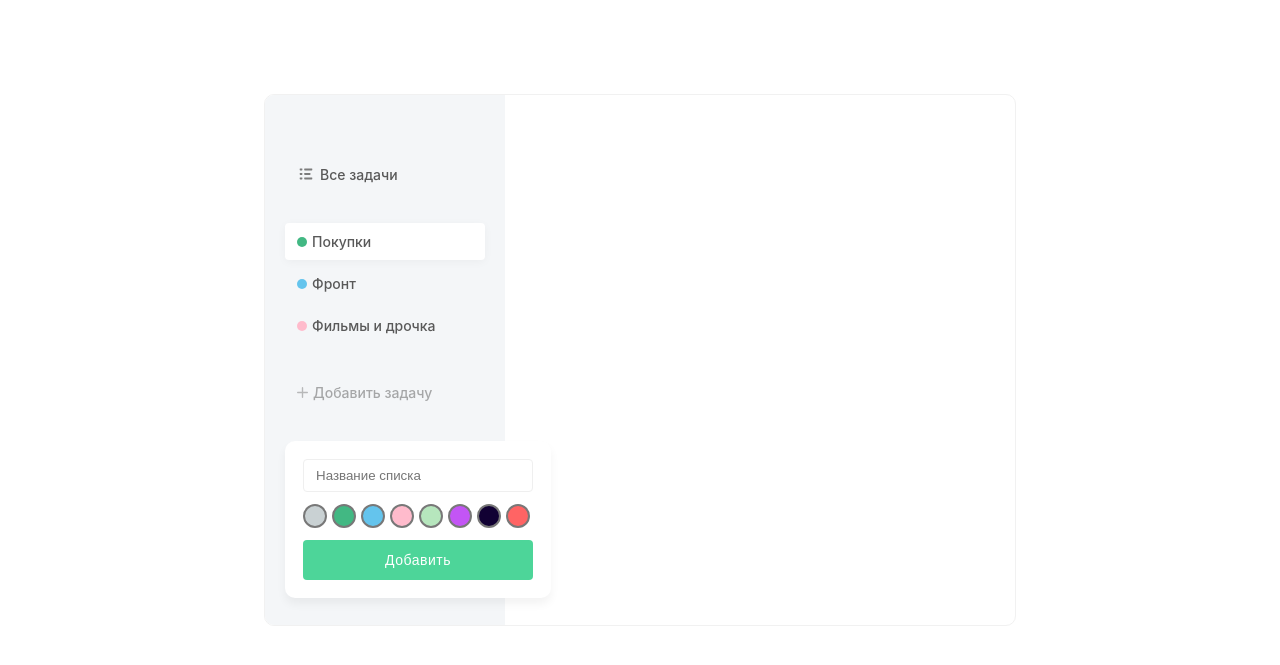
Repository: AzimAzimov/Todo
Page: /
The author's editor kept a copy of each file at every save. The page is drawn from the files as they stood at one save, then again after a run of saves.
The browser window is 1280 px wide. The pictures show the whole page.
The project was rebuilt for these pictures with package versions that can differ from the ones it lists, and the page was loaded fresh each time.

Above is the page before, as saved 2023-02-19 15:55:31.

### src/index.js
import React from 'react';
import ReactDOM from 'react-dom/client';
import './scss/index.scss';
import App from './App';

const root = ReactDOM.createRoot(document.getElementById('root'));
root.render(
  <React.StrictMode>
    <App />
  </React.StrictMode>
);

### src/scss/index.scss
@import "_normalize.scss";

body {
  margin: 0;
  font-family: -apple-system, BlinkMacSystemFont, 'Segoe UI', 'Montserrat', 'Oxygen',
    'Ubuntu', 'Cantarell', 'Fira Sans', 'Droid Sans', 'Helvetica Neue',
    sans-serif;
  -webkit-font-smoothing: antialiased;
  -moz-osx-font-smoothing: grayscale;
}

.todo {
  position: absolute;
  left: 50%;
  top: 50%;
  width: 750px;
  height: 530px;
  transform: translate(-50%, -50%);
  border: 1px solid #f1f1f1;
  border-radius: 10px;
  overflow: hidden;
  font-size: 14px;
  &__sidebar {
    background: #F4F6F8;
    width: 200px;
    height: calc(100% - 120px);
    padding: 60px 20px;
  }

}

### src/App.js
import React, { useState } from 'react';
import AddButtonList from './components/addButtonList/AddButtonList';

import List from './components/sidebar/List';
import DB from './assets/db.json'
import './scss/index.scss';


function App() {

  const [ value, setValue ] = useState('kjjk')

  return (
    <div className="todo">
      <div className="todo__sidebar">
        <List items={[
          {
            icon: (
              <svg width="18" height="18" viewBox="0 0 18 18" fill="none" xmlns="http://www.w3.org/2000/svg">
                <path d="M12.96 8.10001H7.74001C7.24321 8.10001 7.20001 8.50231 7.20001 9.00001C7.20001 9.49771 7.24321 9.90001 7.74001 9.90001H12.96C13.4568 9.90001 13.5 9.49771 13.5 9.00001C13.5 8.50231 13.4568 8.10001 12.96 8.10001V8.10001ZM14.76 12.6H7.74001C7.24321 12.6 7.20001 13.0023 7.20001 13.5C7.20001 13.9977 7.24321 14.4 7.74001 14.4H14.76C15.2568 14.4 15.3 13.9977 15.3 13.5C15.3 13.0023 15.2568 12.6 14.76 12.6ZM7.74001 5.40001H14.76C15.2568 5.40001 15.3 4.99771 15.3 4.50001C15.3 4.00231 15.2568 3.60001 14.76 3.60001H7.74001C7.24321 3.60001 7.20001 4.00231 7.20001 4.50001C7.20001 4.99771 7.24321 5.40001 7.74001 5.40001ZM4.86001 8.10001H3.24001C2.74321 8.10001 2.70001 8.50231 2.70001 9.00001C2.70001 9.49771 2.74321 9.90001 3.24001 9.90001H4.86001C5.35681 9.90001 5.40001 9.49771 5.40001 9.00001C5.40001 8.50231 5.35681 8.10001 4.86001 8.10001ZM4.86001 12.6H3.24001C2.74321 12.6 2.70001 13.0023 2.70001 13.5C2.70001 13.9977 2.74321 14.4 3.24001 14.4H4.86001C5.35681 14.4 5.40001 13.9977 5.40001 13.5C5.40001 13.0023 5.35681 12.6 4.86001 12.6ZM4.86001 3.60001H3.24001C2.74321 3.60001 2.70001 4.00231 2.70001 4.50001C2.70001 4.99771 2.74321 5.40001 3.24001 5.40001H4.86001C5.35681 5.40001 5.40001 4.99771 5.40001 4.50001C5.40001 4.00231 5.35681 3.60001 4.86001 3.60001Z" fill="black"/>
              </svg>
            ),
            name: 'Все задачи',
          }
        ]} />
        <List
          isRemovable={true}
          items={[
            {
              color: 'green',
              name: 'Покупки',
              active: true,
            },
            {
              color: 'blue',
              name: 'Фронт',
            },
            {
              color: 'pink',
              name: 'Фильмы и дрочка',
            },
          ]}
        />
        <AddButtonList colors={DB.colors} />
      </div>
      <div className='todo__tasks'></div>
    </div>
  );
}

export default App;

### src/scss/_normalize.scss
* {
  padding: 0;
  margin: 0;
  list-style: none;
  outline: none;
}

html {
  -ms-text-size-adjust: 100%;
  -webkit-text-size-adjust: 100%;
}

body {
  -moz-osx-font-smoothing: grayscale;
  -webkit-font-smoothing: antialiased;

}

a,
span,
p,
b,
h1,
h2,
h3,
h4,
h5 {
  margin: 0;
  padding: 0;
  text-decoration: none
}

h1 {
  font-size: 48px;
}

h2 {
  font-weight: 600;
  font-size: 28px;
  line-height: 30px;
}

a {
  text-decoration: none;
}

### src/components/addButtonList/AddButtonList.jsx
import React, {useState} from 'react'
import Badge from '../badge/Badge';
import List from '../sidebar/List'
import "./AddListButton.scss"


const AddButtonList = ({ colors }) => {
  const [visiblePopup, setVisiblePopup] = useState(true);

  return (
    <div className="add__list">
      <List
        onClick={()=> setVisiblePopup(true)}
        items={[
          {
            className: 'todo__list__button',
            icon: (
              <svg width="11" height="11" viewBox="0 0 16 16" fill="none" xmlns="http://www.w3.org/2000/svg">
                <path d="M8 1V15" stroke="black" strokeWidth="2" strokeLinecap="round" strokeLinejoin="round"/>
                <path d="M1 8H15" stroke="black" strokeWidth="2" strokeLinecap="round" strokeLinejoin="round"/>
              </svg>
            ),
            name: 'Добавить задачу'
          }
        ]}
      />
      {visiblePopup &&
        <div className="add__list__popup">
          <input className='field' type='text' placeholder='Название списка' />
          <div className="add__list__popup__colors">
            {colors.map(color => <Badge key={color.id} color={color.name} /> )}
          </div>
          <button className='button'>Добавить</button>
        </div>
      }
    </div>
  )
}

export default AddButtonList

### src/components/sidebar/List.jsx
import React from 'react'
import classNames from 'classnames';

import './List.scss';
import Badge from '../badge/Badge';

const List = ({ items, isRemovable, onClick }) => {
  return (
    <ul onClick={onClick} className='todo__list'>
      {items.map((item, index) => (
        <li key={index} className={classNames(item.className, { active: item.active })}>
          <i>{item.icon ? item.icon : <Badge color={item.color} />}</i>
          <span>{item.name}</span>
        </li>
      ))}
    </ul>
  )
}

export default List

### src/assets/db.json
{
  "lists": [
    {
      "id": 1,
      "name": "Продажи",
      "colorId": 5
    },
    {
      "id": 2,
      "name": "Фронтенд",
      "colorId": 4
    },
    {
      "id": 3,
      "name": "Фильмы и сериалы",
      "colorId": 3
    },
    {
      "id": 4,
      "name": "Книги",
      "colorId": 2
    },
    {
      "id": 5,
      "name": "Личное",
      "colorId": 1
    },
    {
      "name": "Спорт",
      "colorId": 3,
      "id": 6
    },
    {
      "name": "Курс по ReactJS ToDo",
      "colorId": 7,
      "id": 7
    }
  ],
  "tasks": [
    {
      "id": 1,
      "listId": 2,
      "text": "Изучить JavaScript",
      "completed": true
    },
    {
      "id": 2,
      "listId": 2,
      "text": "Изучить паттерны проектирования",
      "completed": false
    },
    {
      "id": 3,
      "listId": 2,
      "text": "ReactJS Hooks (useState, useReducer, useEffect и т.д.)",
      "completed": true
    },
    {
      "id": 4,
      "listId": 2,
      "text": "Redux (redux-observable, redux-saga)",
      "completed": false
    },
    {
      "listId": 2,
      "text": "123",
      "completed": true,
      "id": 5
    },
    {
      "listId": 1,
      "text": "test",
      "completed": false,
      "id": 6
    },
    {
      "listId": 1,
      "text": "qweqwe",
      "completed": false,
      "id": 7
    },
    {
      "listId": 1,
      "text": "qweqwe",
      "completed": true,
      "id": 8
    },
    {
      "listId": 1,
      "text": "123",
      "completed": false,
      "id": 9
    },
    {
      "listId": 4,
      "text": "Купить 1984!",
      "completed": true,
      "id": 10
    },
    {
      "listId": 2,
      "text": "222",
      "completed": true,
      "id": 12
    },
    {
      "listId": 7,
      "text": "Сделали сайдбар",
      "completed": true,
      "id": 15
    },
    {
      "listId": 7,
      "text": "Сделали список задач",
      "completed": true,
      "id": 16
    },
    {
      "listId": 7,
      "text": "Сделали удаление и редактирование задач и списков",
      "completed": true,
      "id": 17
    },
    {
      "listId": 8,
      "text": "tttt",
      "completed": false,
      "id": 18
    }
  ],
  "colors": [
    {
      "id": 1,
      "hex": "#C9D1D3",
      "name": "grey"
    },
    {
      "id": 2,
      "hex": "#42B883",
      "name": "green"
    },
    {
      "id": 3,
      "hex": "#64C4ED",
      "name": "blue"
    },
    {
      "id": 4,
      "hex": "#FFBBCC",
      "name": "pink"
    },
    {
      "id": 5,
      "hex": "#B6E6BD",
      "name": "lime"
    },
    {
      "id": 6,
      "hex": "#C355F5",
      "name": "purple"
    },
    {
      "id": 7,
      "hex": "#110133",
      "name": "black"
    },
    {
      "id": 8,
      "hex": "#FF6464",
      "name": "red"
    }
  ]
}

### src/components/badge/Badge.jsx
import React from 'react'

import "./Barge.scss"

const Badge = ({ color }) => <i className={`badge badge__${color}`}></i>

export default Badge

### src/components/addButtonList/AddListButton.scss
.add__list {
  &__popup {
    width: 230px;
    background: #FFFFFF;
    box-shadow: 0px 6px 10px rgba(0, 0, 0, 0.05);
    border-radius: 10px;
    padding: 18px;
    &__colors {
      display: flex;
      gap: 5px;
      margin: 12px 0;

      .badge {
        width: 20px;
        height: 20px;
        border-radius: 50%;
        position: static;
        cursor: pointer;
        border: 2px solid #787878;
        &.active {
          border: 2px solid #787878;
        }
      }
    }
  }

  .field {
    width: 100%;
    background: #FFFFFF;
    border: 1px solid #EFEFEF;
    border-radius: 4px;
    box-sizing: border-box;
    padding: 8px 12px;
    &:focus {
      border-color: #dadada;
    }
  }

  .button {
    cursor: pointer;
    width: 100%;
    padding: 12px 20px;
    background: #4DD599;
    border-radius: 4px;
    border: none;
    letter-spacing: .5px;
    font-size: 14px;
    color: #FFFFFF;
    transition: all 0.3 ease;
    &:hover {
      background: darken(#4DD599, 4%);
    }
    &:active {
      background: darken(#4DD599, 12%);
    }
  }
}

### src/components/sidebar/List.scss

.todo__list {
  margin-bottom: 30px;
  &__button {
    opacity: 0.5;
    &:hover {
      opacity: 1;
    }
    svg {
      transition: all 0.3s ease;
      path {
        stroke: #7C7C7C;
      }
    }
    span {
      color: #7c7c7c;
      transition: all 0.3s ease;
    }
  }

  li {
    display: flex;
    align-items: center;
    gap: 5px;
    padding: 10px 12px;
    margin-bottom: 5px;
    cursor: pointer;
    &.active {
      background: #FFFFFF;
      box-shadow: 0px 2px 10px rgba(0, 0, 0, 0.04);
      border-radius: 4px;
    }

    i {
      display: inline-flex;
      svg {
        path {
          fill: #7C7C7C;
        }
      }
    }

    span {
      font-weight: 500;
      color: #595959;
    }
  }
}

### src/components/badge/Barge.scss
  .badge {
    display: inline-block;
    width: 10px;
    height: 10px;
    border-radius: 50%;

    &__green {
      background-color: #42B883;
    }

    &__blue {
      background-color: #64C4ED;
    }

    &__pink {
      background-color: #FFBBCC;
    }

    &__red {
      background-color: #FF6464;
    }

    &__black {
      background-color: #110133;
    }

    &__purple {
      background-color: #C355F5;
    }

    &__lime {
      background-color: #B6E6BD;
    }

    &__grey {
      background-color: #C9D1D3;
    }

    &__purple {
      background-color: #C355F5;
    }
  }

Loaded but not shown: public/index.html (common file)

After the next 2 saves:
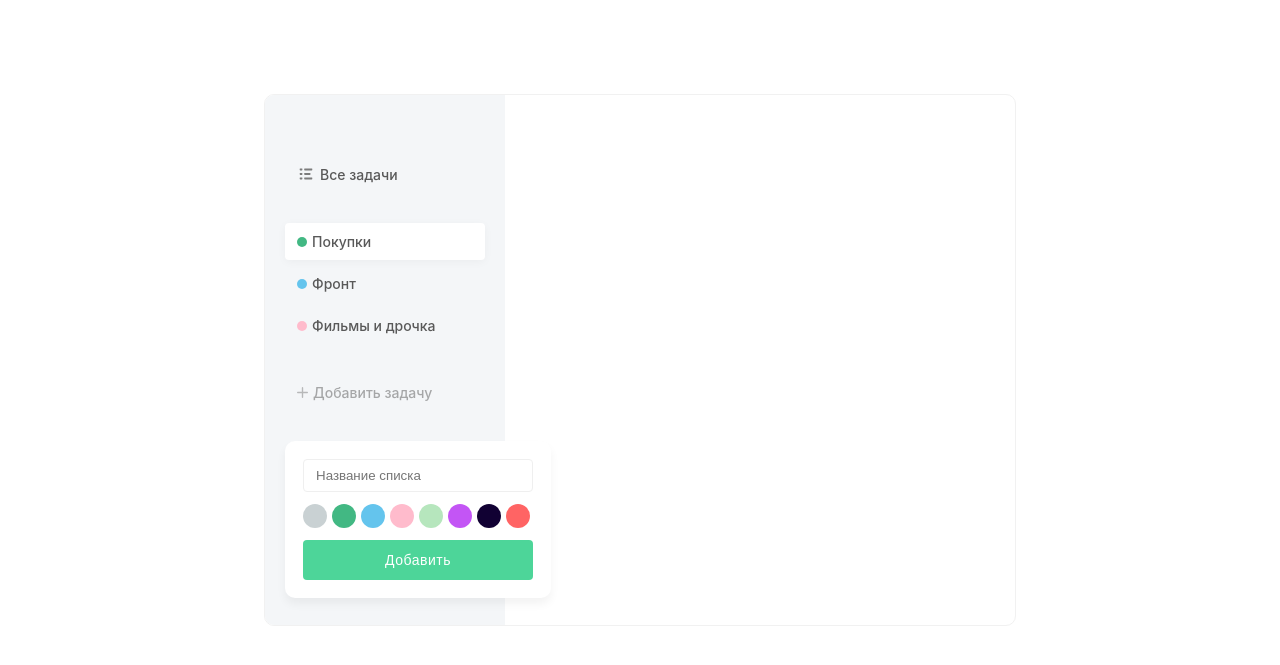
The 2 saves are shown as one change because they came seconds apart.
The last was saved 7 s later.
--- a/src/components/addButtonList/AddListButton.scss
+++ b/src/components/addButtonList/AddListButton.scss
@@ -16,7 +16,7 @@
         border-radius: 50%;
         position: static;
         cursor: pointer;
-        border: 2px solid #787878;
+        border: 2px solid transparent;
         &.active {
           border: 2px solid #787878;
         }
